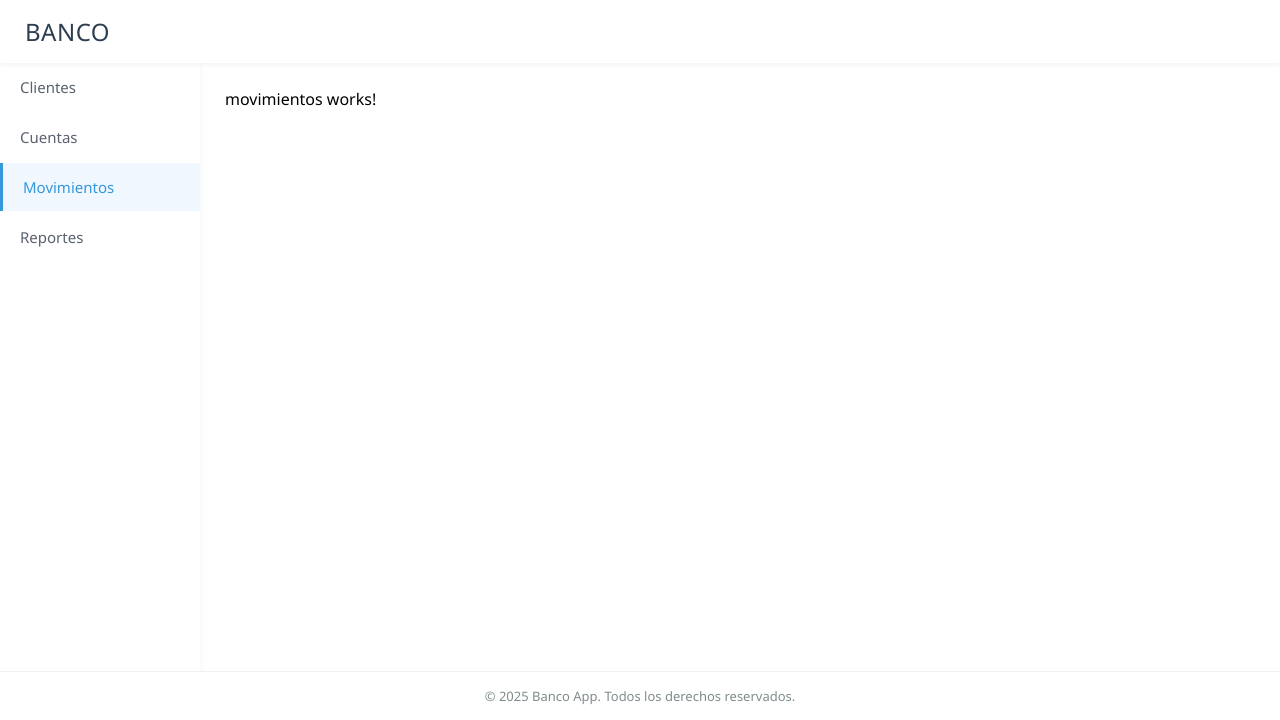
Repository: nder1996/Bank-Devsu
Page: /movimientos (app in Frontend/banco-devsu/)
These files come from the project's save history. The page is drawn as it stood at one moment and after the next save; the edit follows.
The browser window is 1280 px wide. The pictures show the whole page.
The project was rebuilt for these pictures with package versions that can differ from the ones it lists, and the page was loaded fresh each time. Also part of the build but not shown: Frontend/banco-devsu/angular.json, Frontend/banco-devsu/src/app/presentation/pages/clientes/clientes.component.ts, Frontend/banco-devsu/src/app/core/services/cliente.service.ts, Frontend/banco-devsu/src/environments/environment.ts, Frontend/banco-devsu/src/app/presentation/pages/cuentas/cuentas.component.ts, Frontend/banco-devsu/src/app/presentation/pages/reportes/reportes.component.ts.

Above is the page before, as saved 2025-08-22 09:07:20.

After the next save:
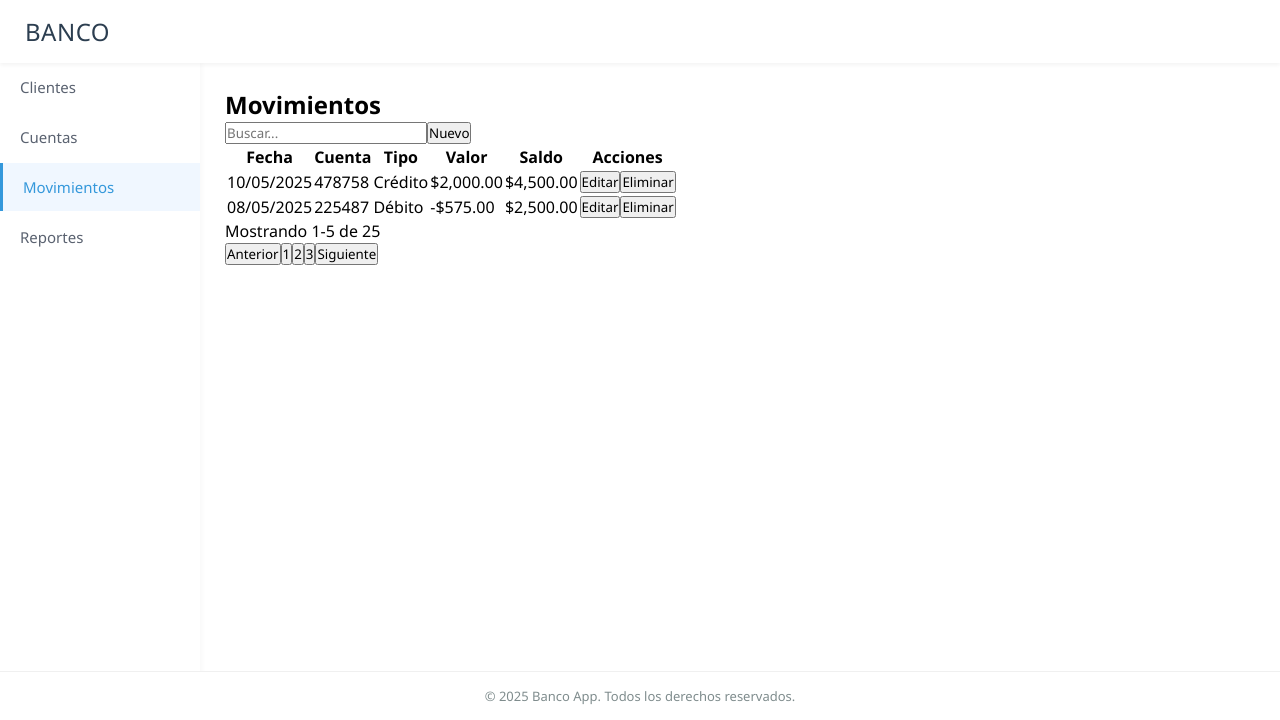
Saved 3 min 34 s later.
--- a/Frontend/banco-devsu/src/app/presentation/pages/movimientos/movimientos.component.html
+++ b/Frontend/banco-devsu/src/app/presentation/pages/movimientos/movimientos.component.html
@@ -1 +1,61 @@
-<p>movimientos works!</p>
+<div class="table-section">
+  <!-- Título y barra de búsqueda -->
+  <div class="table-header">
+    <h2>Movimientos</h2>
+    <div class="actions">
+      <input type="text" class="search" placeholder="Buscar...">
+      <button class="btn-add">Nuevo</button>
+    </div>
+  </div>
+
+  <!-- Tabla de datos -->
+  <table class="data-table">
+    <thead>
+      <tr>
+        <th>Fecha</th>
+        <th>Cuenta</th>
+        <th>Tipo</th>
+        <th>Valor</th>
+        <th>Saldo</th>
+        <th>Acciones</th>
+      </tr>
+    </thead>
+    <tbody>
+      <tr>
+        <td>10/05/2025</td>
+        <td>478758</td>
+        <td class="tipo-credito">Crédito</td>
+        <td class="valor-positivo">$2,000.00</td>
+        <td>$4,500.00</td>
+        <td class="actions">
+          <button class="btn-edit">Editar</button>
+          <button class="btn-delete">Eliminar</button>
+        </td>
+      </tr>
+      <tr>
+        <td>08/05/2025</td>
+        <td>225487</td>
+        <td class="tipo-debito">Débito</td>
+        <td class="valor-negativo">-$575.00</td>
+        <td>$2,500.00</td>
+        <td class="actions">
+          <button class="btn-edit">Editar</button>
+          <button class="btn-delete">Eliminar</button>
+        </td>
+      </tr>
+      <!-- Filas adicionales aquí -->
+    </tbody>
+  </table>
+
+  <!-- Paginación simple -->
+  <div class="pagination">
+    <span class="page-info">Mostrando 1-5 de 25</span>
+    <div class="page-controls">
+      <button class="page-btn">Anterior</button>
+      <button class="page-btn active">1</button>
+      <button class="page-btn">2</button>
+      <button class="page-btn">3</button>
+      <button class="page-btn">Siguiente</button>
+    </div>
+  </div>
+</div>
